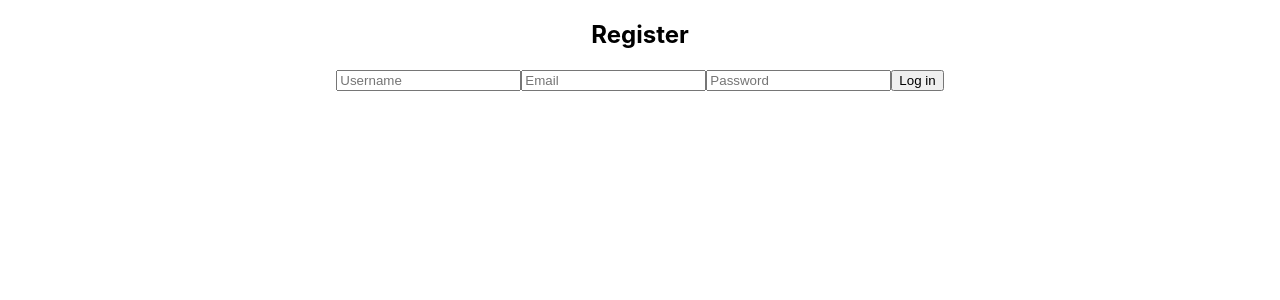
Repository: abhaysharma20233009/swiftKey
Page: /login (app in frontend/my-app/)
An editor plug-in stored every save of this project. The page is shown before and after a run of saves, followed by the edit.
The browser window is 1280 px wide. The pictures show the whole page.
The project was rebuilt for these pictures with package versions that can differ from the ones it lists, and the page was loaded fresh each time. Also part of the build but not shown: frontend/my-app/src/Swifts.js, frontend/my-app/src/Results.js.

Above is the page before, as saved 2024-10-10 11:09:31.

### frontend/my-app/src/App.js
//App.js

import './App.css';
import React from 'react';
import { BrowserRouter as Router, Route, Routes } from 'react-router-dom';
import Swift from './Swifts';
import Results from './Results';
import Login from './Login';
const App = () => {
    return (
        <Router>
			<div className="App">
            <Routes>
                <Route path="/" element={<Swift />} />
                <Route path="/results" element={<Results />} />
                <Route path="/login" element={<Login />} />
            </Routes>
			</div>
        </Router>
    );
};

export default App;

### frontend/my-app/src/Login.js
// Register.js
import React, { useState,useEffect } from 'react';
import { useNavigate } from 'react-router-dom';
const Login = () => {
    const [username, setUsername] = useState('');
    const [email, setEmail] = useState('');
    const [password, setPassword] = useState('');

    const navigate = useNavigate();
    const fetchUser = async () => {
        try {
            await fetch('http://localhost:7000/login');

        } catch (error) {
            console.error('Error fetching messages:', error);
        }
    };

    const log = async () => {
        try {

          const response=  await fetch('http://localhost:7000/login', {
                method: 'POST',
                headers: {
                    'Content-Type': 'application/json',
                },
                body: JSON.stringify({ userName: username, email, password }),
            });
            if (!response.ok) {
                const errorData = await response.json();
                alert(errorData.message || errorData.error);
                return;
            }
            setUsername('');
            setPassword('');
          useEffect(()=>{
            navigate('/results', { state: { username } });
          },[navigate,username])


             // Await here

        } catch (error) {
            console.error('Error login:', error);
        }
    }


    return (
        <div>
            <h2>Register</h2>
            <form>
                <input
                    type="text"
                    placeholder="Username"
                    value={username}
                    onChange={(e) => setUsername(e.target.value)}
                    required
                />
                <input
                    type="email"
                    placeholder="Email"
                    value={email}
                    onChange={(e) => setEmail(e.target.value)}
                    required
                />
                <input
                    type="password"
                    placeholder="Password"
                    value={password}
                    onChange={(e) => setPassword(e.target.value)}
                    required
                />
                <button onClick={log}>Log in</button>
            </form>
        </div>
    );
};

export default Login;

Loaded but not shown: frontend/my-app/public/index.html (common file); frontend/my-app/src/index.js (common file); frontend/my-app/src/index.css (common file); frontend/my-app/src/reportWebVitals.js (common file); frontend/my-app/src/App.css (common file)

After the next 2 saves:
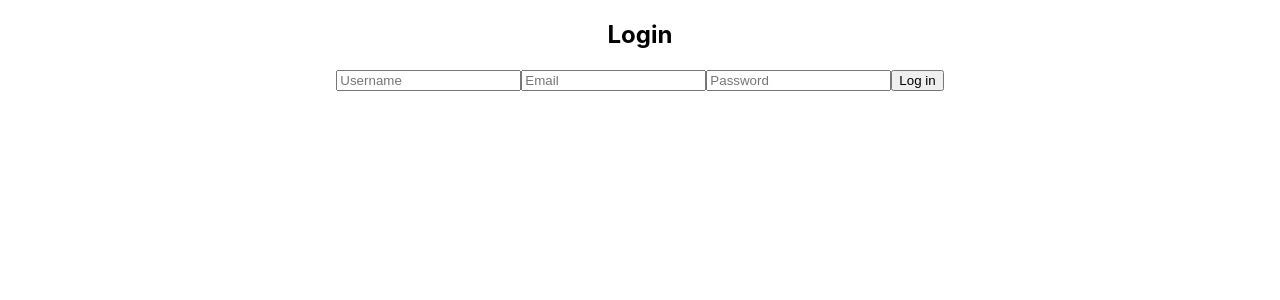
The 2 saves are shown as one change because 1 did not build or start.
The last was saved 8 min 10 s later.
--- a/frontend/my-app/src/Login.js
+++ b/frontend/my-app/src/Login.js
@@ -1,55 +1,65 @@
-// Register.js
-import React, { useState,useEffect } from 'react';
+import React, { useState, useEffect } from 'react';
 import { useNavigate } from 'react-router-dom';
+
 const Login = () => {
     const [username, setUsername] = useState('');
     const [email, setEmail] = useState('');
     const [password, setPassword] = useState('');
+    const [isLoggedIn, setIsLoggedIn] = useState(false); // State to track login status
 
     const navigate = useNavigate();
+
     const fetchUser = async () => {
         try {
-            await fetch('http://localhost:7000/login');
-
+            const response = await fetch('http://localhost:7000/user-data'); // Endpoint to fetch user data
+            if (!response.ok) {
+                throw new Error('Failed to fetch user data');
+            }
+            // Handle the response here if needed
         } catch (error) {
-            console.error('Error fetching messages:', error);
+            console.error('Error fetching user data:', error);
         }
     };
 
-    const log = async () => {
+    const log = async (e) => {
+        e.preventDefault(); // Prevent default form submission
         try {
-
-          const response=  await fetch('http://localhost:7000/login', {
+            const response = await fetch('http://localhost:7000/login', {
                 method: 'POST',
                 headers: {
                     'Content-Type': 'application/json',
                 },
-                body: JSON.stringify({ userName: username, email, password }),
+                body: JSON.stringify({ username, email, password }), // Use the correct field name
             });
+
             if (!response.ok) {
                 const errorData = await response.json();
                 alert(errorData.message || errorData.error);
                 return;
             }
+
+            // Clear fields and set logged in state
             setUsername('');
+            setEmail('');
             setPassword('');
-          useEffect(()=>{
-            navigate('/results', { state: { username } });
-          },[navigate,username])
-
-
-             // Await here
+            setIsLoggedIn(true); // Set logged in state to true
 
         } catch (error) {
-            console.error('Error login:', error);
+            console.error('Error logging in:', error);
         }
-    }
+    };
 
+    useEffect(() => {
+        if (isLoggedIn) {
+            fetchUser(); // Fetch user data only if logged in
+            navigate('/',{state:{username}}); // Redirect after successful login
+        }
+    }, [isLoggedIn, navigate,username]); // Dependency on isLoggedIn
 
     return (
         <div>
-            <h2>Register</h2>
-            <form>
+            <h2>Login</h2>
+            <form onSubmit={log}>
                 <input
                     type="text"
                     placeholder="Username"
@@ -71,7 +81,7 @@ const Login = () => {
                     onChange={(e) => setPassword(e.target.value)}
                     required
                 />
-                <button onClick={log}>Log in</button>
+                <button type="submit">Log in</button>
             </form>
         </div>
     );
